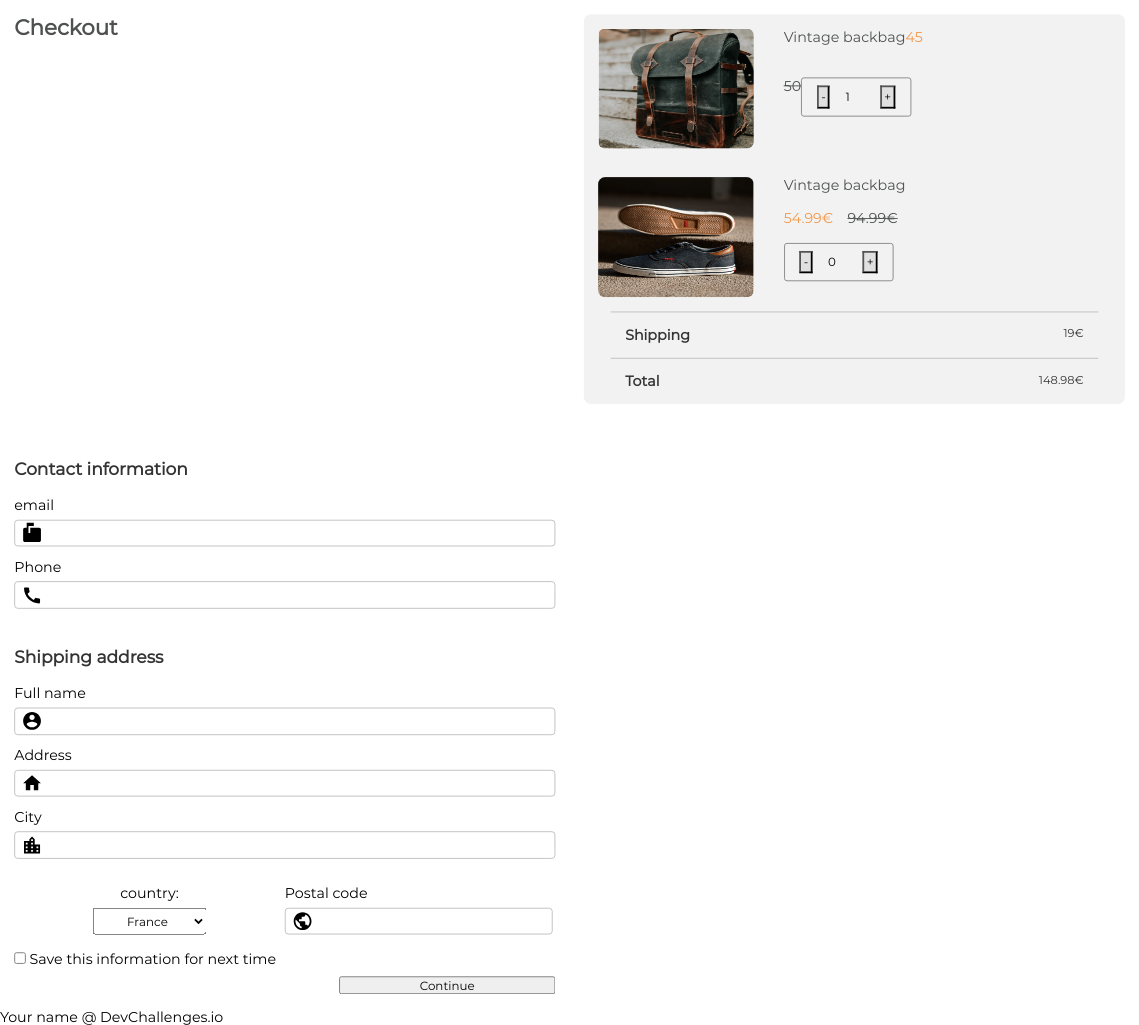
Repository: dubar-jeremy/checkout-page-master
Page: index.html
These files come from the project's save history. The page is drawn as it stood at one moment and after the next save; the edit follows.
The browser window is 1280 px wide. The pictures show the whole page, at 89% of full size.
The style sheet was rebuilt from its Sass, Less or Tailwind sources for each picture, by a compiler version that may differ from the author's.

Above is the page before, as saved 2021-02-05 23:59:53.

After the next save:
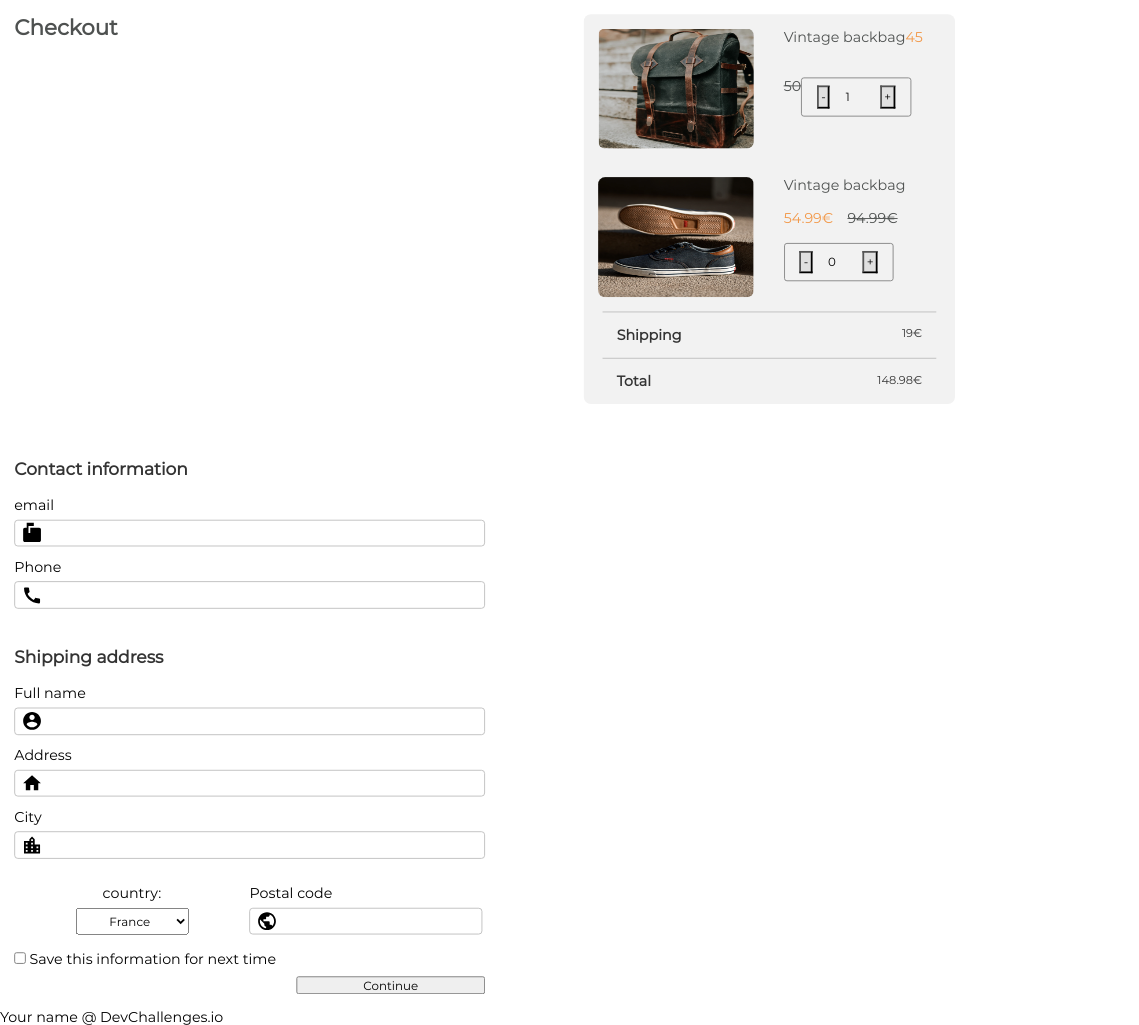
Saved 69 s later.
--- a/style/style.scss
+++ b/style/style.scss
@@ -235,6 +235,7 @@ form {
 @media screen AND (min-width: 900px) {
   .grid-container {
     grid-template-columns: 1fr 1fr;
+    justify-items: start;
   }
 
   .checkout-container {
